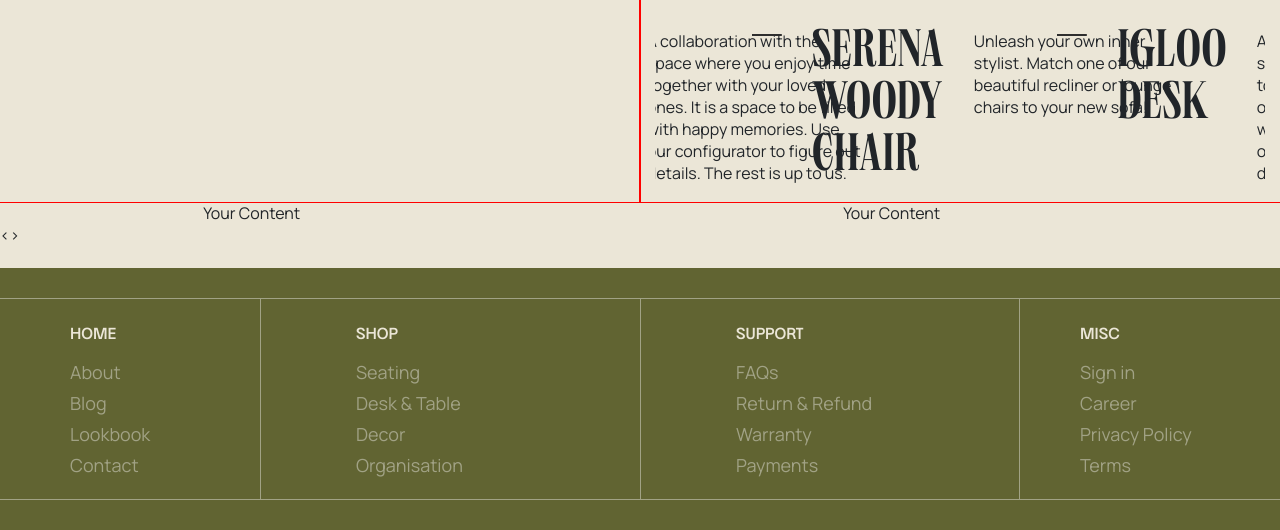
Repository: phannv411/etienne
Page: Lookbook Detail Demo.html
These files come from the project's save history. The page is drawn as it stood at one moment and after the next save; the edit follows.
The browser window is 1280 px wide. The pictures show the part of the page from y = 729 to 1259 px (the page is 1739 px tall before and 1762 px after).
A picture or video elsewhere on the page could not be fetched, so the positions and the page height are approximate.

Above is the page before, as saved 2022-10-08 02:46:13.
Console error: TypeError: Cannot read properties of null (reading 'value')

After the next save:
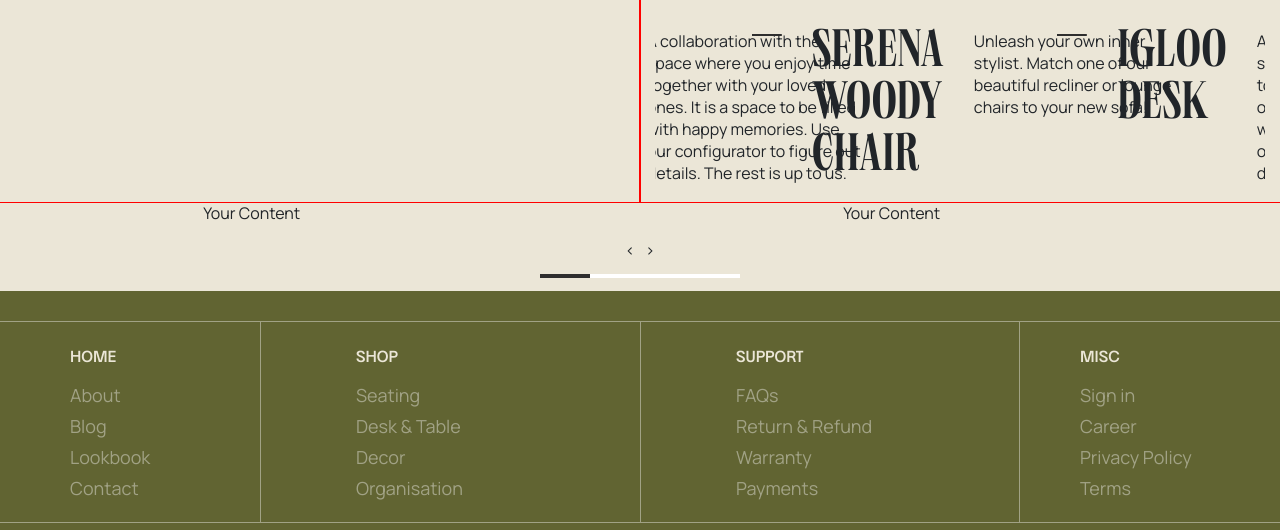
Saved 11 s later.
--- a/Lookbook Detail Demo.html
+++ b/Lookbook Detail Demo.html
@@ -473,7 +473,7 @@
 
 
 
-     <div class="owl-carousel">
+     <div class="owl-carousel owl-theme">
         <div> Your Content </div>
         <div> Your Content </div>
         <div> Your Content </div>
